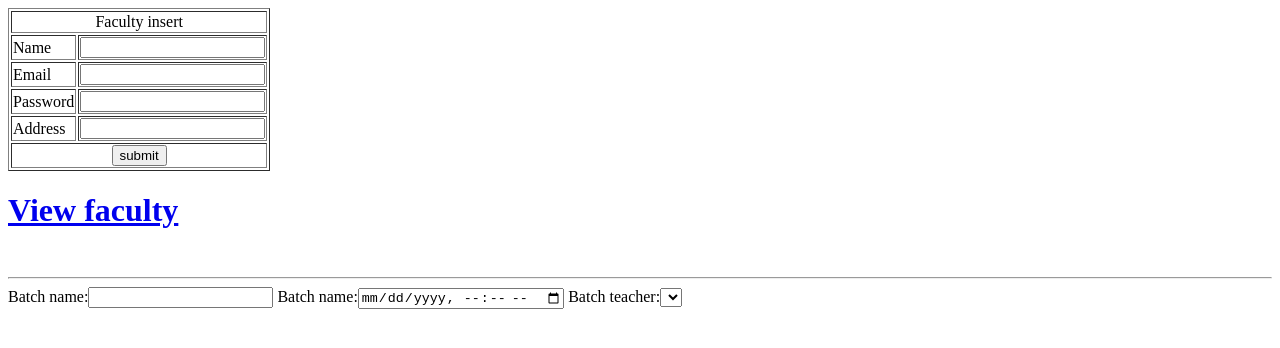
Repository: Biswaranjan-16/Advance-Java
Page: http://localhost/JSPCrud01/
The author's editor kept a copy of each file at every save. The page is drawn from the files as they stood at one save, then again after the next save.
The browser window is 1280 px wide. The pictures show the whole page.
The page is served by Tomcat 9. Queries for data that is not in the repository find no rows.

Above is the page before, as saved 2024-07-02 07:45:36.

### JSPCrud01/src/main/webapp/index.jsp

<%@page import="com.biswa.util.DbConnection"%>
<%@page import="java.sql.*"%>
<!DOCTYPE html>
<html>
<body>
	<form action="savefaculty.jsp">
		<table border="1">
			<tr>
				<td colspan="2" style="text-align: center;">Faculty insert</td>
			</tr>
			<tr>
				<td>Name</td>
				<td><input type="text" name="fname" required></td>
			</tr>

			<tr>
				<td>Email</td>
				<td><input type="email" name="femail" required></td>
			</tr>

			<tr>
				<td>Password</td>
				<td><input type="password" name="fpass" required></td>
			</tr>

			<tr>
				<td>Address</td>
				<td><input type="text" name="fadd" required></td>
			</tr>

			<tr>
				<td colspan="2" style="text-align: center;"><input
					type="submit" value="submit"></td>
			</tr>

		</table>

	</form>
	<div>
		<h1>
			<a href="Viewfaculty.jsp">View faculty</a>
		</h1>
	</div>
<br><hr>
<div>
<form>
Batch name:<input type="text">
Batch name:<input type="datetime-local">
Batch teacher:<select>
<%
Connection con = DbConnection.getcon();
String query="select fid,fname from faculty";
PreparedStatement ps=con.prepareStatement(query);
ResultSet rs=ps.executeQuery();
while(rs.next()){
%>
<option value="<% out.print(rs.getInt(1));%>"><% out.print(rs.getString(2));%></option>
<%
}
%>
</select>
</form>
</div>
</body>
</html>

### JSPCrud01/src/main/java/com/biswa/util/DbConnection.java
package com.biswa.util;
import java.sql.Connection;
import java.sql.Connection;
import java.sql.DriverManager;

public class DbConnection {
	public static Connection getcon() {
		Connection con=null;
		try {
			Class.forName("com.mysql.cj.jdbc.Driver");
			con=DriverManager.getConnection("jdbc:mysql://localhost:3306/demo","root","biswa");
		} catch (Exception e) {
			e.printStackTrace();
		}
		return con;
	}
}

After the next save:
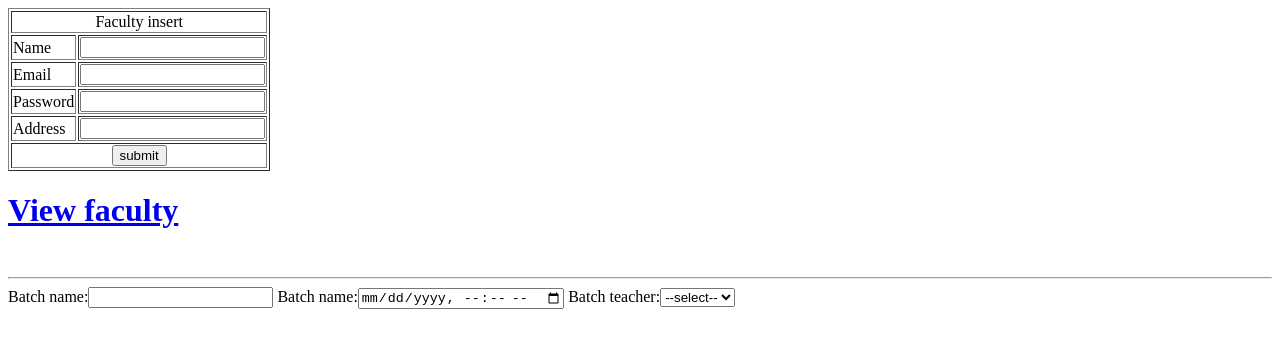
Saved 118 s later.
--- a/JSPCrud01/src/main/webapp/index.jsp
+++ b/JSPCrud01/src/main/webapp/index.jsp
@@ -48,6 +48,7 @@
 Batch name:<input type="text">
 Batch name:<input type="datetime-local">
 Batch teacher:<select>
+<option>--select--</option>
 <%
 Connection con = DbConnection.getcon();
 String query="select fid,fname from faculty";
